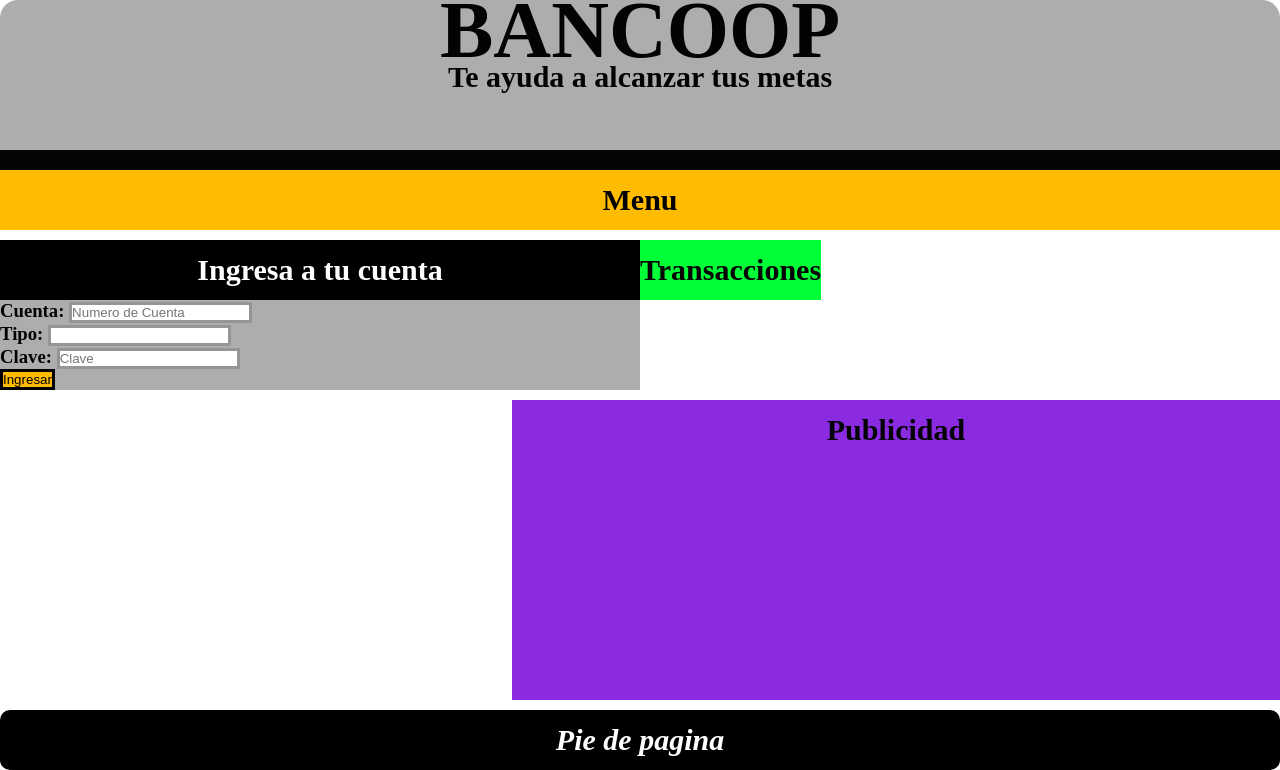
Repository: NickArregoces/BANCOOP
Page: Index.html
The author's editor kept a copy of each file at every save. The page is drawn from the files as they stood at one save, then again after a run of saves.
The browser window is 1280 px wide. The pictures show the whole page.

Above is the page before, as saved 2021-09-29 16:43:30.

### Index.html
<!DOCTYPE html>
<html lang="en">
<head>
    <meta charset="UTF-8">
    <meta http-equiv="X-UA-Compatible" content="IE=edge">
    <meta name="viewport" content="width=device-width, initial-scale=1.0">
    <title>BANCOOP Home</title>
    <link rel="stylesheet" href="/CSS/Style.css">
</head>
<body>
    <div id="contenido">
        <header>
            <link rel="stylesheet" href="">
            <h1>BANCOOP</h1>
            <h3>Te ayuda a alcanzar tus metas</h3>
        </header>
        <nav class="barra">

        </nav>
        <nav class="Menu">
            <h2>Menu</h2>
        </main>

        <div id="form">
            <form action="" class="login">
                <h2 style="color: white;">Ingresa a tu cuenta</h2>
                <h3 >Cuenta:  <input type="number" placeholder="Numero de Cuenta"></h3>

                <h3>Tipo: <input type="text"></h3>

                <h3>Clave: <input type="password" placeholder="Clave"></h3>
                <button class="sumbit"> Ingresar </button>
            </form>

                    <section  id="Transacciones">
                        <article>
                            <h2>Transacciones</h2>
                        </article>
                    </section>

                    <div>
                        <aside>
                            <h2>Publicidad</h2>
                        </aside>

                            <footer>
                                <h2>Pie de pagina</h2>
                            </footer>
                    </div>

        </div>
    </div>

</body>
</html>

### CSS/Style.css

*{
    margin: 0px;
    padding: 0px;
}
body{
    background: rgb(255, 255, 255);
    color: rgb(3, 3, 3);
}
header{
    width: 100%;
    margin: auto;
    background: rgb(173, 173, 173);
    border-top-left-radius:  18px;
    border-top-right-radius:  18px;
    height: 150px;
}
    header h1{
        font-size: 80px;
        text-align: center;
        line-height: 60px;
    }
    header h3{
        font-size: 30px;
        text-align: center;

}
nav.barra{
    background: rgb(5, 5, 5);
    height: 20px;
}

nav.Menu{
    background: rgb(255, 187, 0);
    height: 60px;
}
    nav.Menu h2{
        font-size: 30px;
        text-align: center;
        line-height: 60px;
}
form{
    border-top-left-radius: 18px;
    border-top-left-radius: 10px;
    background: rgb(173, 173, 173);
    float: left;
    width: 50%;
    margin-top: 10px;

}
    .login h2{
        text-align: center;
        background: black;
    }
    form input{
        border: solid rgb(149, 149, 149);
    }
    button{
        background-position: center;
        background: rgb(255, 187, 0);
        border: solid black;
    }

article {
    float:left;
    background: rgb(0, 255, 55);
    margin-top: 10px;
    margin-right:10px;
    margin-bottom: 10px;
}
    article h2{
        font-size: 30px;
        text-align: center;
        line-height: 40px;

    }
aside{
    width: 60%;
    height: 300px;
    background: blueviolet;
    margin-top: 10px;
    float: right;
    margin-bottom: 10px;
}
aside h2{
    font-size: 30px;
    text-align: center;
    line-height: 40px;
}
footer{
    background: black;
    clear: both;
    border-radius: 10px;
}
footer h2{
    font-size: 30px;
    text-align: center;
    line-height: 40px;
    color: white;
    font-style:italic;

}

After the next 3 saves:
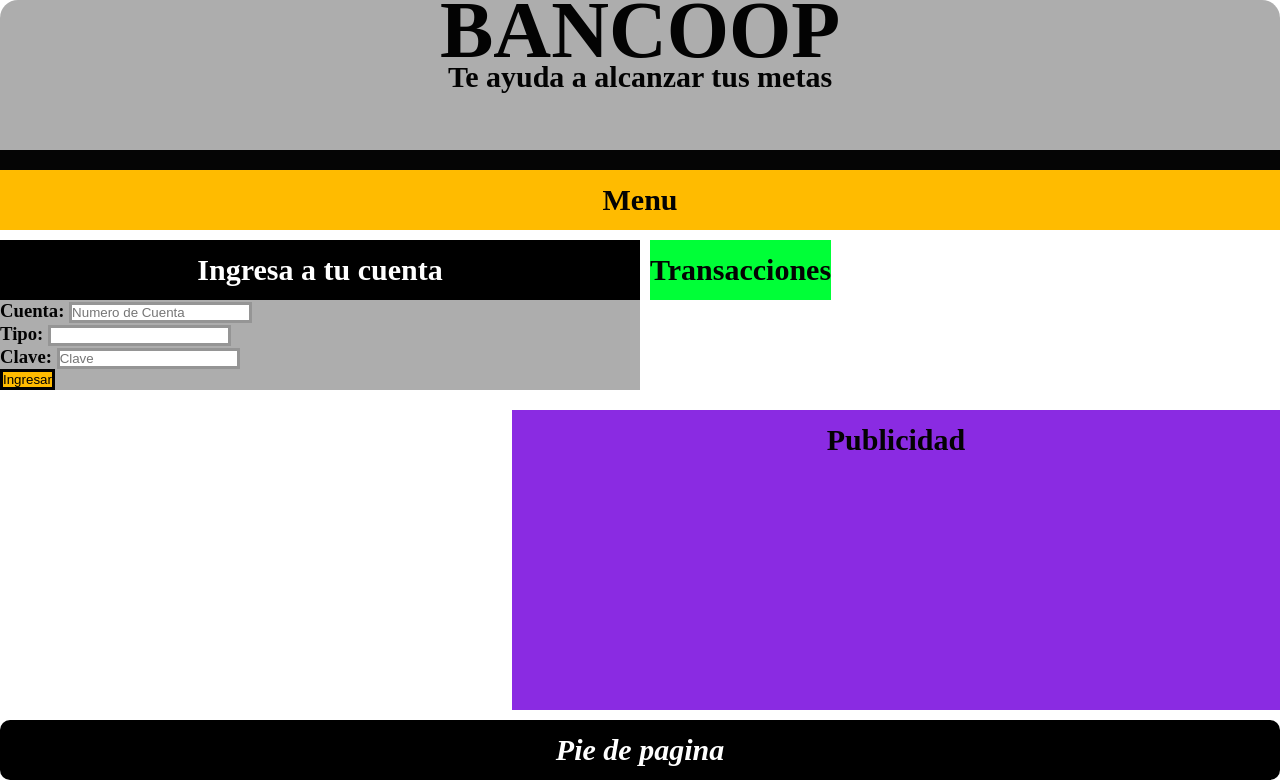
The 3 saves are shown as one change because they came seconds apart.
The last was saved 9 s later.
--- a/CSS/Style.css
+++ b/CSS/Style.css
@@ -46,7 +46,8 @@ form{
     float: left;
     width: 50%;
     margin-top: 10px;
-
+    margin-right:10px;
+    margin-bottom: 10px;
 }
     .login h2{
         text-align: center;
